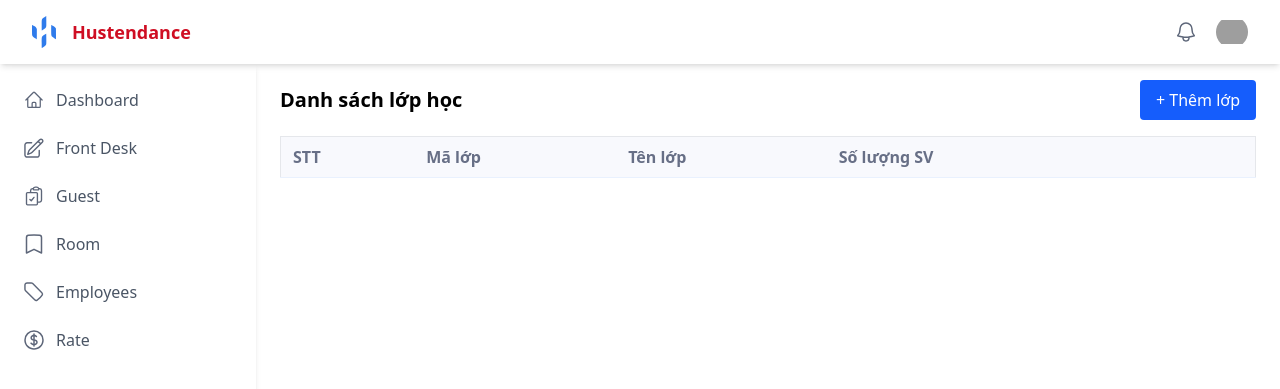
Repository: nguynd/GR1Attendance
Page: / (app in fe/)
An editor plug-in stored every save of this project. The page is shown before and after the next save, followed by the edit.
The browser window is 1280 px wide. The pictures show the whole page.
Pictures or frames that could not be fetched are drawn as grey boxes. The page's requests for data from a server got no answer. The project was rebuilt for these pictures with package versions that can differ from the ones it lists, and the page was loaded fresh each time. Some packages were replaced by stand-ins written for this rebuild. No one was signed in, and anything a server would have sent is missing. Also part of the build but not shown: fe/vite.config.js, fe/src/components/EditClass.jsx, fe/src/services/studentAPI.jsx, fe/src/services/attendanceAPI.jsx, fe/src/components/StudentsInClass.jsx.

Above is the page before, as saved 2025-05-26 00:28:15.

### fe/index.html
<!doctype html>
<html lang="en">
  <head>
    <meta charset="UTF-8" />
    <link rel="icon" type="image/svg+xml" href="/vite.svg" />
    <meta name="viewport" content="width=device-width, initial-scale=1.0" />
    <title>Hustendance</title>
    <link href="./src/App.css" rel="stylesheet" />
  </head>
  <body>
    <div id="root"></div>
    <script type="module" src="/src/main.jsx"></script>
  </body>
</html>

### fe/src/main.jsx
import { StrictMode } from 'react';
import { createRoot } from 'react-dom/client';
import { BrowserRouter } from 'react-router-dom';
import App from './App.jsx';

createRoot(document.getElementById('root')).render(
  <StrictMode>
    <BrowserRouter>
      <App />
    </BrowserRouter>
  </StrictMode>,
);

### fe/src/App.jsx
import { useState } from 'react';
import { Routes, Route } from 'react-router-dom';
import Header from './components/Header.jsx';
import Sidebar from './components/Sidebar.jsx';
import ClassList from './components/ClassList.jsx';
import StudentsInClass from './components/StudentsInClass.jsx'; // thêm dòng này
import './App.css';

function App() {
  return (
    <div>
      <Header />
      <Sidebar />
      <Routes>
        <Route path="/" element={<ClassList />} />
        <Route path="/class/:id/students" element={<StudentsInClass />} />
      </Routes>
    </div>
  );
}

export default App;

### fe/src/components/Header.jsx
import Logo from '../assets/Logo.svg'
import Hlogo from '../assets/Hlogo.svg'
import Notification from '../assets/Vector.svg'
import Avatar from '../assets/Avatar.svg'
import Search from '../assets/Search.svg'
import { useState } from 'react'

function Header() {
  const [searchQuery, setSearchQuery] = useState('')

  const handleSearch = (e) => {
    e.preventDefault()
    // TODO: Implement search functionality
    console.log('Searching for:', searchQuery)
  }

  const handleNotificationClick = () => {
    // TODO: Implement notification functionality
    console.log('Notification clicked')
  }

  const handleProfileClick = () => {
    // TODO: Implement profile functionality
    console.log('Profile clicked')
  }

  return (
    <header className="fixed flex items-center justify-between h-16 px-8 bg-white top-0 left-0 right-0 z-50 shadow-md">
      {/* Left Section: Logo and Text */}
      <div className="flex items-center gap-x-2">
        <img className="h-8 cursor-pointer" src={Logo} alt="Logo" />
        <div className="text-[#cf0e23] font-bold text-lg ml-2 cursor-pointer">Hustendance</div>
      </div>


      {/* Right Section: Notification and Avatar */}
      <div className="flex items-center gap-x-4">
        <button
          onClick={handleNotificationClick}
          className="h-6 w-6 cursor-pointer focus:outline-none focus:ring-2 focus:ring-blue-500 rounded-full"
          aria-label="View notifications"
        >
          <img src={Notification} alt="Notification icon" />
        </button>
        <button
          onClick={handleProfileClick}
          className="h-8 w-8 rounded-full overflow-hidden cursor-pointer focus:outline-none focus:ring-2 focus:ring-blue-500"
          aria-label="View profile"
        >
          <img src={Avatar} alt="User avatar" />
        </button>
      </div>
    </header>
  );
}

export default Header;

### fe/src/components/Sidebar.jsx
import Dashboard from '../assets/Dashboard.svg'
import Front_desk from '../assets/Front_desk.svg'
import Guest from '../assets/Guest.svg'
import Room from '../assets/Room.svg'
import Employee from '../assets/Deal.svg'
import Rate from '../assets/Rate.svg'

const NavItem = ({ icon, label, isActive = false }) => (
  <li>
    <a
      href={`#${label.toLowerCase()}`}
      className={`flex items-center gap-x-3 p-2 text-gray-600 hover:bg-gray-100 rounded-md cursor-pointer ${
        isActive ? 'text-blue-600' : ''
      }`}
      aria-label={`Navigate to ${label}`}
    >
      <img src={icon} alt={`${label} icon`} className="h-5 w-5" />
      <span>{label}</span>
    </a>
  </li>
);

function Sidebar() {
  const navItems = [
    { icon: Dashboard, label: 'Dashboard' },
    { icon: Front_desk, label: 'Front Desk' },
    { icon: Guest, label: 'Guest' },
    { icon: Room, label: 'Room', isActive: true },
    { icon: Employee, label: 'Employees' },
    { icon: Rate, label: 'Rate' },
  ];

  return (
    <nav
      className="fixed left-0 top-16 bottom-0 bg-white w-64 z-20 pt-4 shadow-md"
      aria-label="Main navigation"
    >
      <ul className="space-y-2 px-4">
        {navItems.map((item) => (
          <NavItem
            key={item.label}
            icon={item.icon}
            label={item.label}
            isActive={item.isActive}
          />
        ))}
      </ul>
    </nav>
  );
}

export default Sidebar;

### fe/src/components/ClassList.jsx
import React, { useEffect, useState } from "react";
import { getClasses, addClass, updateClass, deleteClass } from "../services/classAPI";
import EditClass from "./EditClass";
import pencil from '../assets/pencil.svg';
import person from '../assets/person.svg'
import { useNavigate } from "react-router-dom";

export default function ClassList() {
  const [classes, setClasses] = useState([]);
  const [showModal, setShowModal] = useState(false);
  const [editingClass, setEditingClass] = useState(null);
  const navigate = useNavigate();

  const fetchData = async () => {
    const data = await getClasses();
    setClasses(data);
  };

  useEffect(() => {
    fetchData();
  }, []);

  const handleSave = async (data) => {
    try {
      if (editingClass) {
        await updateClass(editingClass.id, data);
      } else {
        await addClass(data);
      }
      fetchData();
    } catch (err) {
      alert("Thao tác thất bại: " + (err.response?.data?.error || err.message));
      console.error(err);
    }
  };

  const handleEllipsisClick = (cls) => {
    setEditingClass(cls);
    setShowModal(true);
  };

  const handleViewStudents = (cls) => {
    navigate(`/class/${cls.id}/students`);
  };

  return (
    <div className="pt-20 p-6 ml-64 max-w-[calc(100vw-256px)]">
      <div className="flex justify-between items-center mb-4">
        <h2 className="text-xl font-bold">Danh sách lớp học</h2>
        <button
          className="px-4 py-2 bg-blue-600 text-white rounded hover:bg-blue-700 cursor-pointer transition"
          onClick={() => {
            setEditingClass(null);
            setShowModal(true);
          }}
        >
          + Thêm lớp
        </button>
      </div>

      <div className="overflow-x-auto">
        <table className="w-full bg-white border border-gray-200 rounded shadow-sm">
          <thead className="bg-gray-100">
            <tr>
              <th className="bg-[#f8f9fd] text-[#676f86] border-b border-[#e9f1fe] px-3 py-2 text-left">STT</th>
              <th className="bg-[#f8f9fd] text-[#676f86] border-b border-[#e9f1fe] px-3 py-2 text-left">Mã lớp</th>
              <th className="bg-[#f8f9fd] text-[#676f86] border-b border-[#e9f1fe] px-3 py-2 text-left">Tên lớp</th>
              <th className="bg-[#f8f9fd] text-[#676f86] border-b border-[#e9f1fe] px-3 py-2 text-left">Số lượng SV</th>
              <th className="bg-[#f8f9fd] text-[#676f86] border-b border-[#e9f1fe] px-3 py-2 text-left"></th>
              <th th className="bg-[#f8f9fd] text-[#676f86] border-b border-[#e9f1fe] px-3 py-2 text-left"></th>
            </tr>
          </thead>
          <tbody>
            {classes.map((cls, index) => (
              <tr key={cls.id} className="hover:bg-gray-50">
                <td className="text-[#676f86] border-b border-[#e9f1fe] px-3 py-2 text-left">{index + 1}</td>
                <td className="text-[#676f86] border-b border-[#e9f1fe] px-3 py-2 text-left">{cls.class_code}</td>
                <td className="text-[#676f86] border-b border-[#e9f1fe] px-3 py-2 text-left">{cls.class_name}</td>
                <td className="text-[#676f86] border-b border-[#e9f1fe] px-3 py-2 text-left">{cls.student_count}</td>
                <td className="text-[#676f86] border-b border-[#e9f1fe] px-3 py-2 text-left ">
                  <button onClick={() => handleEllipsisClick(cls)}>
                    <img src={pencil} alt="Menu" className="w-5 h-5 cursor-pointer transition" />
                     </button>
                    </td>
                    <td className="text-[#676f86] border-b border-[#e9f1fe] px-3 py-2 text-left">
                  <button onClick={() => handleViewStudents(cls)} className="text-blue-600 hover:underline">
                     <img src={person} alt="Menu" className="w-5 h-5 cursor-pointer transition" />
                  </button>
                </td>
              </tr>
            ))}
          </tbody>
        </table>
      </div>

      {showModal && (
        <EditClass
          defaultData={editingClass}
          onClose={() => {
            setShowModal(false);
            setEditingClass(null);
          }}
          onSave={handleSave}
          onDeleted={fetchData}
        />
      )}
    </div>
  );
}

### fe/src/services/classAPI.jsx
import axios from "axios";

const API_BASE = "http://localhost:5000/api";

export const getClasses = async () => {
  const res = await axios.get(`${API_BASE}/classes`);
  return res.data;
};

export const addClass = async (data) => {
  const res = await axios.post(`${API_BASE}/classes`, data);
  return res.data;
};

export const updateClass = async (id, data) => {
  const res = await axios.put(`${API_BASE}/classes/${id}`, data);
  return res.data;
};

export const deleteClass = async (id) => {
  const res = await axios.delete(`${API_BASE}/classes/${id}`);
  return res.data;
};

Loaded but not shown: fe/src/App.css (common file)

After the next save:
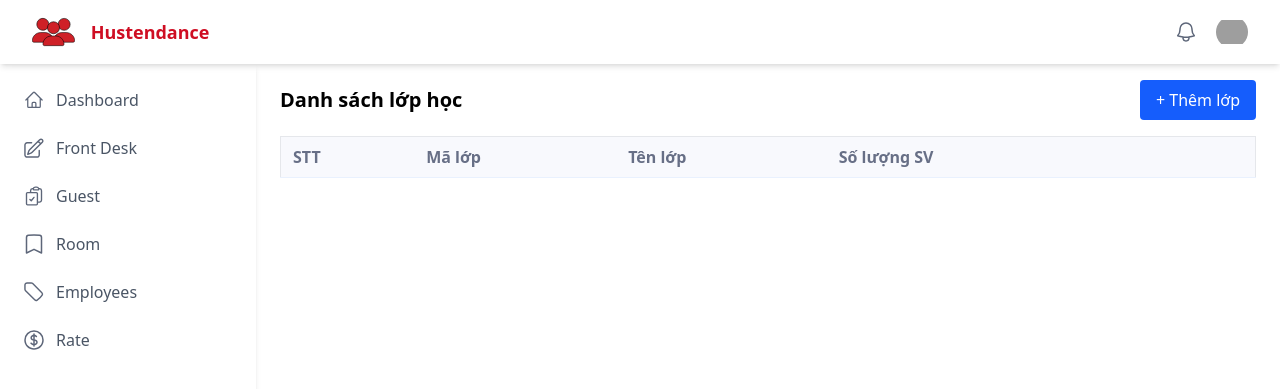
Saved 8 s later.
--- a/fe/src/components/Header.jsx
+++ b/fe/src/components/Header.jsx
@@ -28,7 +28,7 @@ function Header() {
     <header className="fixed flex items-center justify-between h-16 px-8 bg-white top-0 left-0 right-0 z-50 shadow-md">
       {/* Left Section: Logo and Text */}
       <div className="flex items-center gap-x-2">
-        <img className="h-8 cursor-pointer" src={Logo} alt="Logo" />
+        <img className="h-8 cursor-pointer" src={Hlogo} alt="Logo" />
         <div className="text-[#cf0e23] font-bold text-lg ml-2 cursor-pointer">Hustendance</div>
       </div>
 
